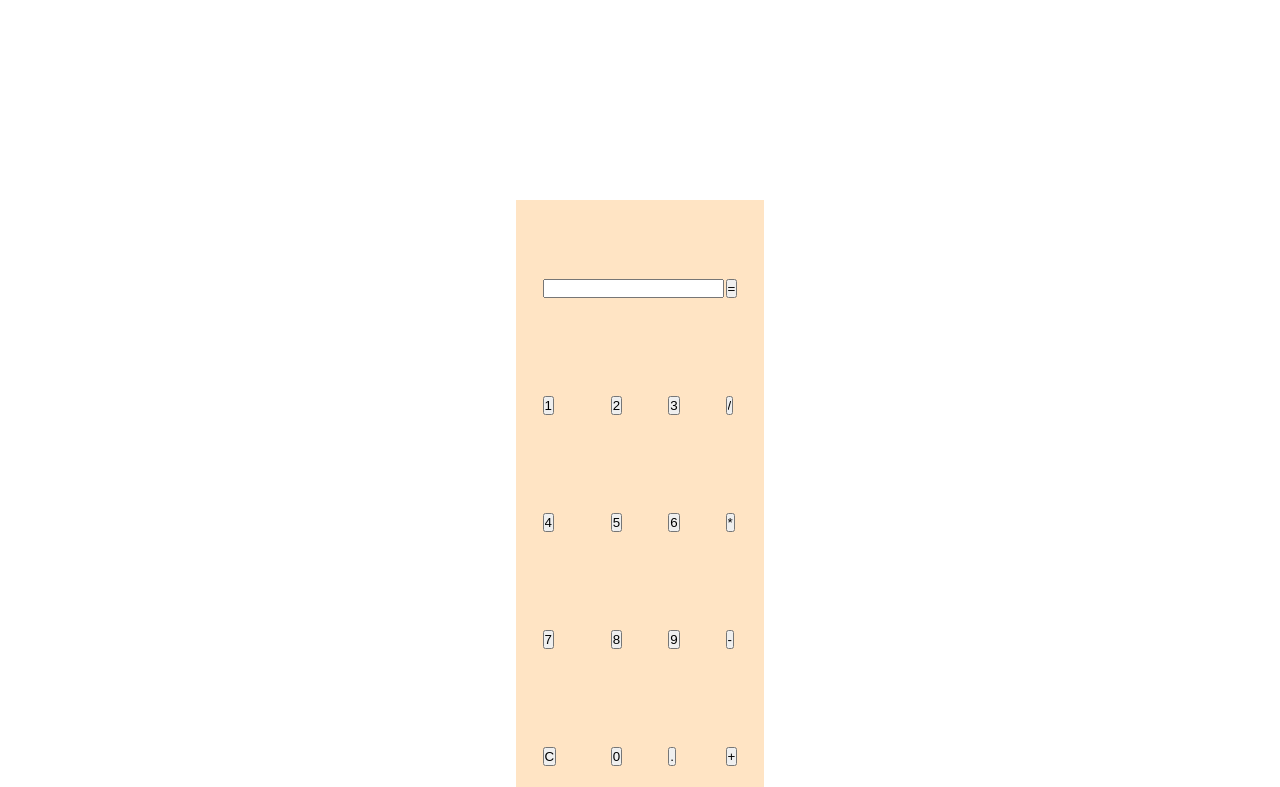
Repository: Seryozha02/CalculatorAndStopwatch
Page: calculator.html
An editor plug-in stored every save of this project. The page is shown before and after the next save, followed by the edit.
The browser window is 1280 px wide. The pictures show the whole page.

Above is the page before, as saved 2022-10-03 00:22:00.

After the next save:
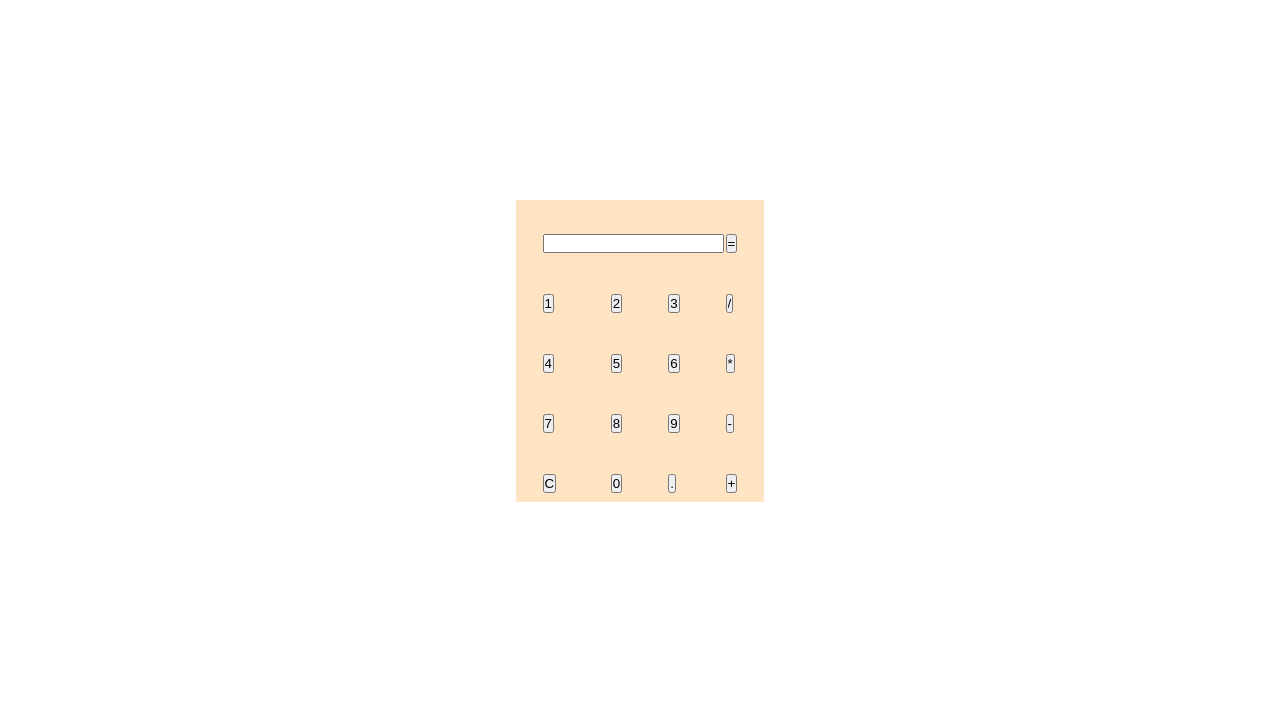
Saved 6 s later.
--- a/calculator.css
+++ b/calculator.css
@@ -10,5 +10,5 @@
     margin: 0 auto;
     margin-top: 200px;
     padding: 0 25px;
-    font-size: 100px;
+    font-size: 50px;
 }
